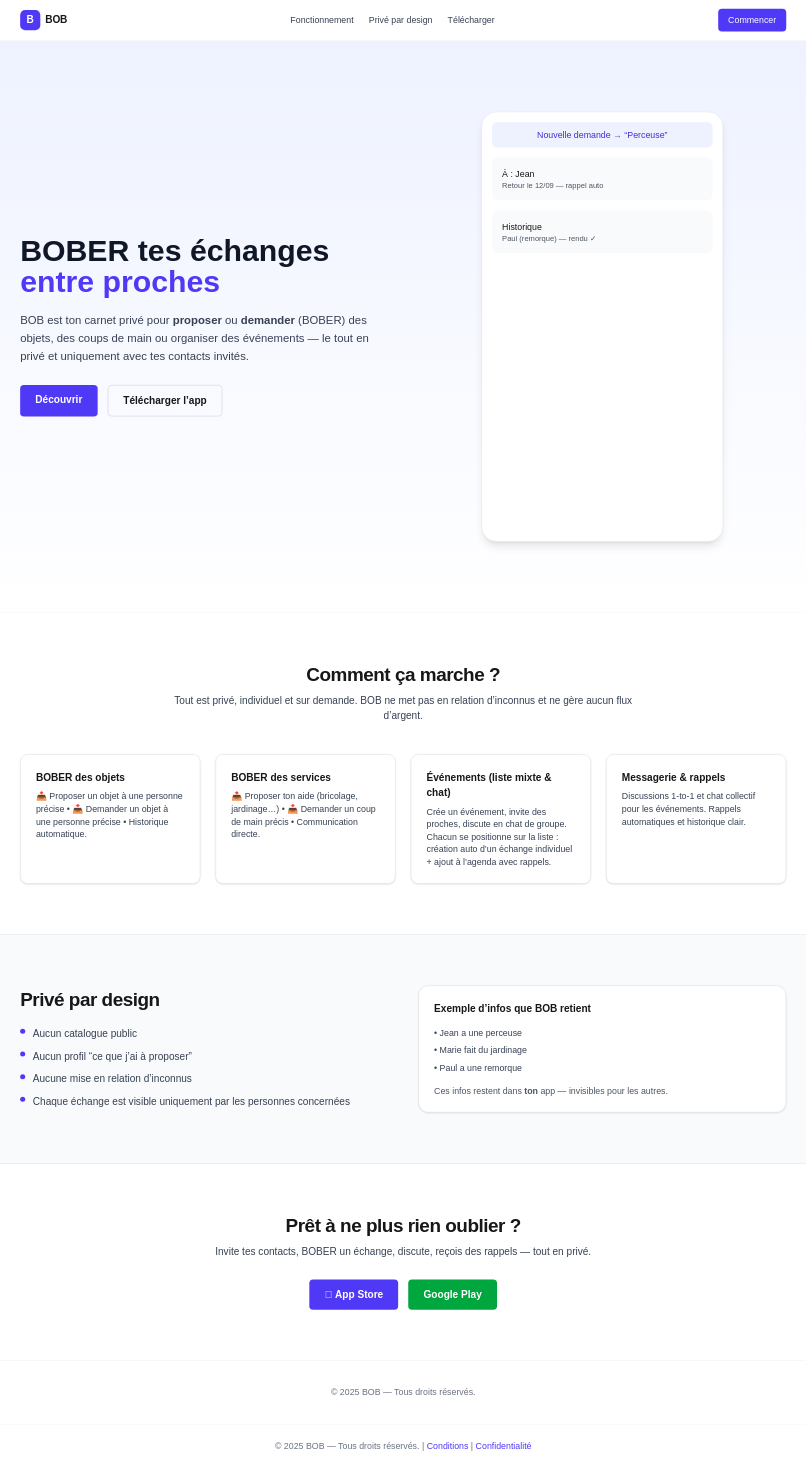
Repository: JeanCharlesMEILLAND/new-bob
Page: /
The author's editor kept a copy of each file at every save. The page is drawn from the files as they stood at one save, then again after the next save.
The browser window is 1280 px wide. The pictures show the whole page, at 63% of full size.
The project was rebuilt for these pictures with package versions that can differ from the ones it lists, and the page was loaded fresh each time. The framework's server and built-in components were replaced by stand-ins that run in the browser. Also part of the build but not shown: next.config.ts.

Above is the page before, as saved 2025-08-11 23:57:09.

After the next save:
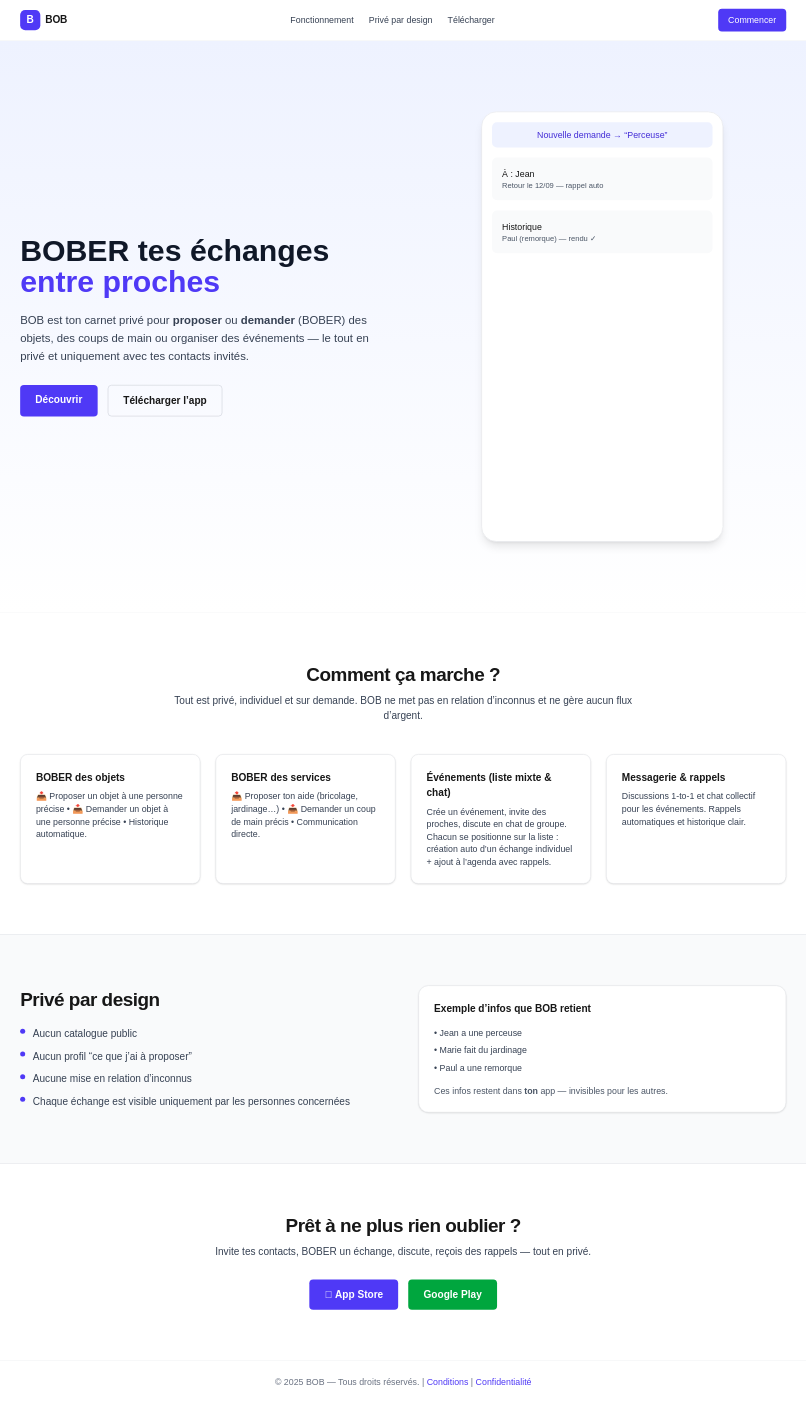
Saved 11 s later.
--- a/src/app/page.tsx
+++ b/src/app/page.tsx
@@ -137,11 +137,6 @@
           </a>
         </div>
       </section>
-
-      {/* Footer */}
-      <footer className="py-10 border-t border-gray-100 text-center text-sm text-gray-500">
-        © {new Date().getFullYear()} BOB — Tous droits réservés.
-      </footer>
     </main>
   );
 }
